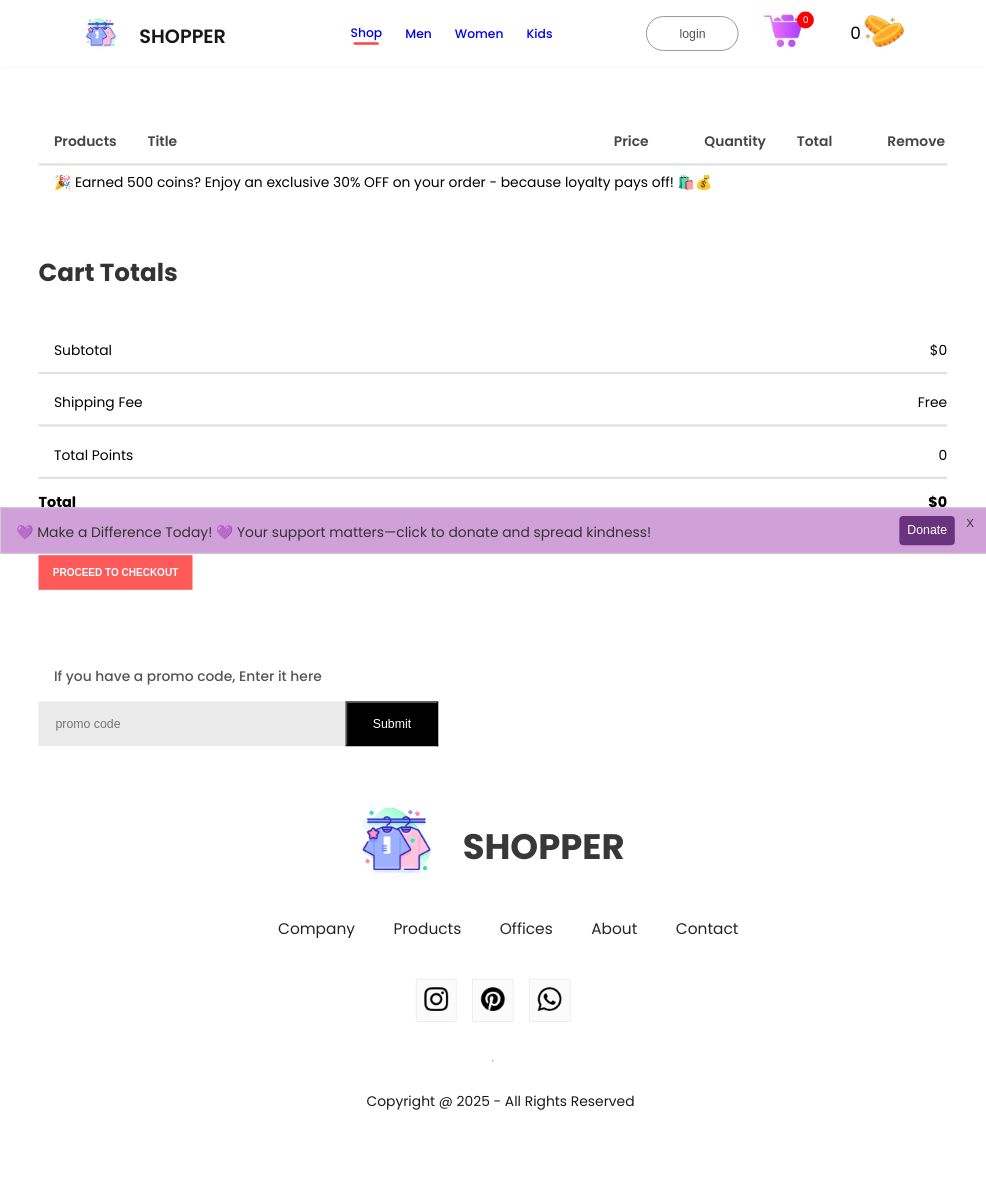
Repository: PayalJakhar/Shoppers-E-commerce-Website
Page: /cart (app in frontend/)
These files come from the project's save history. The page is drawn as it stood at one moment and after the next save; the edit follows.
The browser window is 1280 px wide. The pictures show the whole page, at 77% of full size.
The page's requests for data from a server got no answer. The project was rebuilt for these pictures with package versions that can differ from the ones it lists, and the page was loaded fresh each time. No one was signed in, and anything a server would have sent is missing. Also part of the build but not shown: frontend/src/App.css, frontend/src/Components/Hero/Hero.css, frontend/src/Components/Hero/Hero.jsx, frontend/src/Components/Popular/Popular.css, frontend/src/Components/Item/Item.css, frontend/src/Components/Item/Item.jsx, frontend/src/Components/Popular/Popular.jsx, frontend/src/Components/Offers/Offers.css and 21 more.

Above is the page before, as saved 2025-02-07 23:37:37.

After the next save:
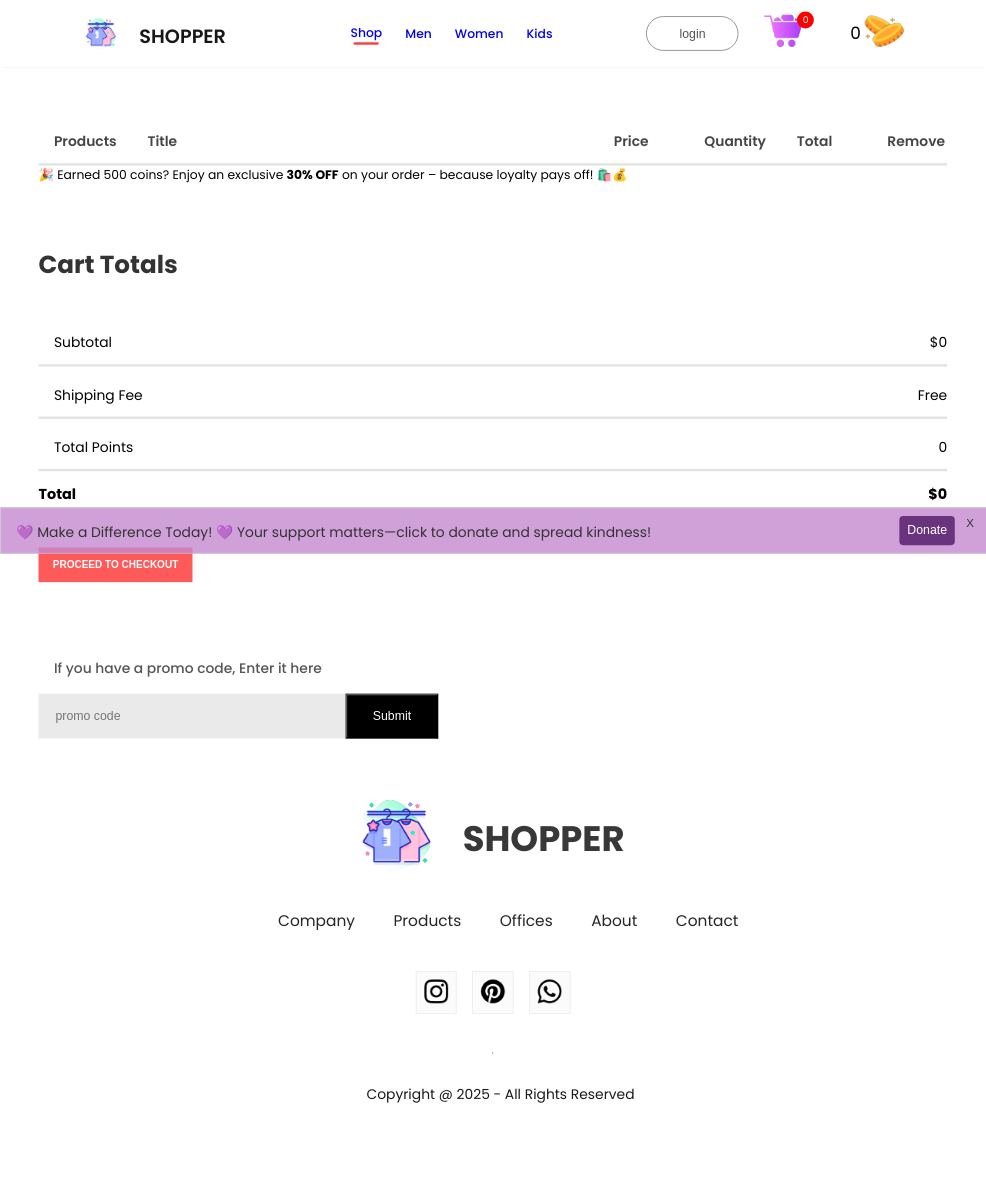
Saved 110 s later.
--- a/frontend/src/Components/CartItems/CartItems.jsx
+++ b/frontend/src/Components/CartItems/CartItems.jsx
@@ -36,7 +36,10 @@ const CartItems = () => {
                 return null;
             })}
 
-            <p>🎉 Earned 500 coins? Enjoy an exclusive 30% OFF on your order - because loyalty pays off! 🛍️💰</p>
+<div class="animated-box">
+  🎉 Earned 500 coins? Enjoy an exclusive <strong>30% OFF</strong> on your order – because loyalty pays off! 🛍️💰
+</div>
+
             <div className="cartitems-down">
                 <div className="cartitems-total">
                     <h1>Cart Totals</h1>
